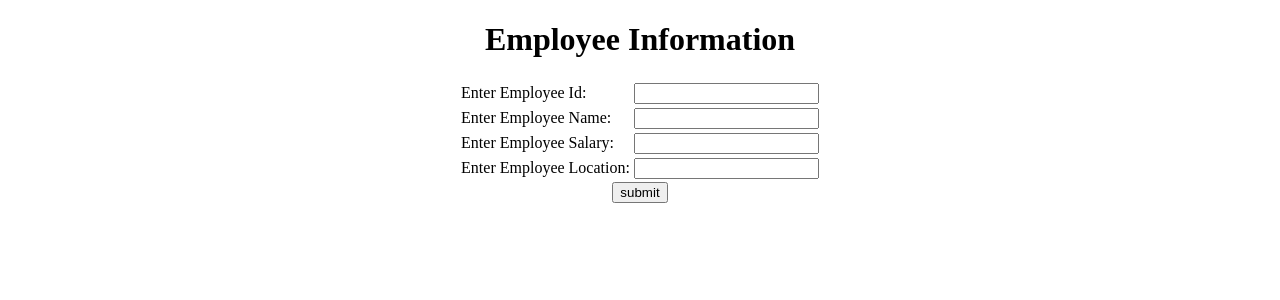
Repository: mounikagunda/corejavaproject
Page: project2/WebContent/insert.html
An editor plug-in stored every save of this project. The page is shown before and after the next save, followed by the edit.
The browser window is 1280 px wide. The pictures show the whole page.

Above is the page before, as saved 2016-12-16 04:46:20.

### project2/WebContent/insert.html
<!DOCTYPE html>
<html>
<head>
<meta charset="ISO-8859-1">
<title>Hello</title>
</head>
<body style="background-color:White">
<div align="center">
<h1>Employee Information</h1>
<form action="insert" method="post">
<table>
<tr>
<td> Enter Employee Id:</td>
<td><input type="text" name="eid"/></td>
</tr>
<tr>
<td> Enter Employee Name:</td>
<td><input type="text" name="ename"/></td>
</tr>
<tr>
<td> Enter Employee Salary:</td>
<td><input type="number" name="esal"/></td>
</tr>
<tr>
<td> Enter Employee Location:</td>
<td><input type="text" name="eexp"/></td>
</tr>
</table>
<input type="submit" value="submit">

</form>
</div>

</body>
</html>

After the next save:
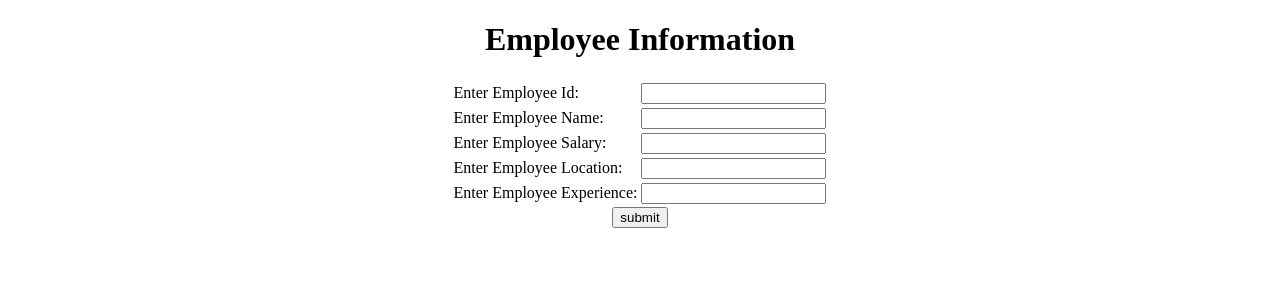
Saved 3 min 3 s later.
--- a/project2/WebContent/insert.html
+++ b/project2/WebContent/insert.html
@@ -23,8 +23,13 @@
 </tr>
 <tr>
 <td> Enter Employee Location:</td>
+<td><input type="text" name="eloc"/></td>
+</tr>
+<tr>
+<td> Enter Employee Experience:</td>
 <td><input type="text" name="eexp"/></td>
 </tr>
+
 </table>
 <input type="submit" value="submit">
 
